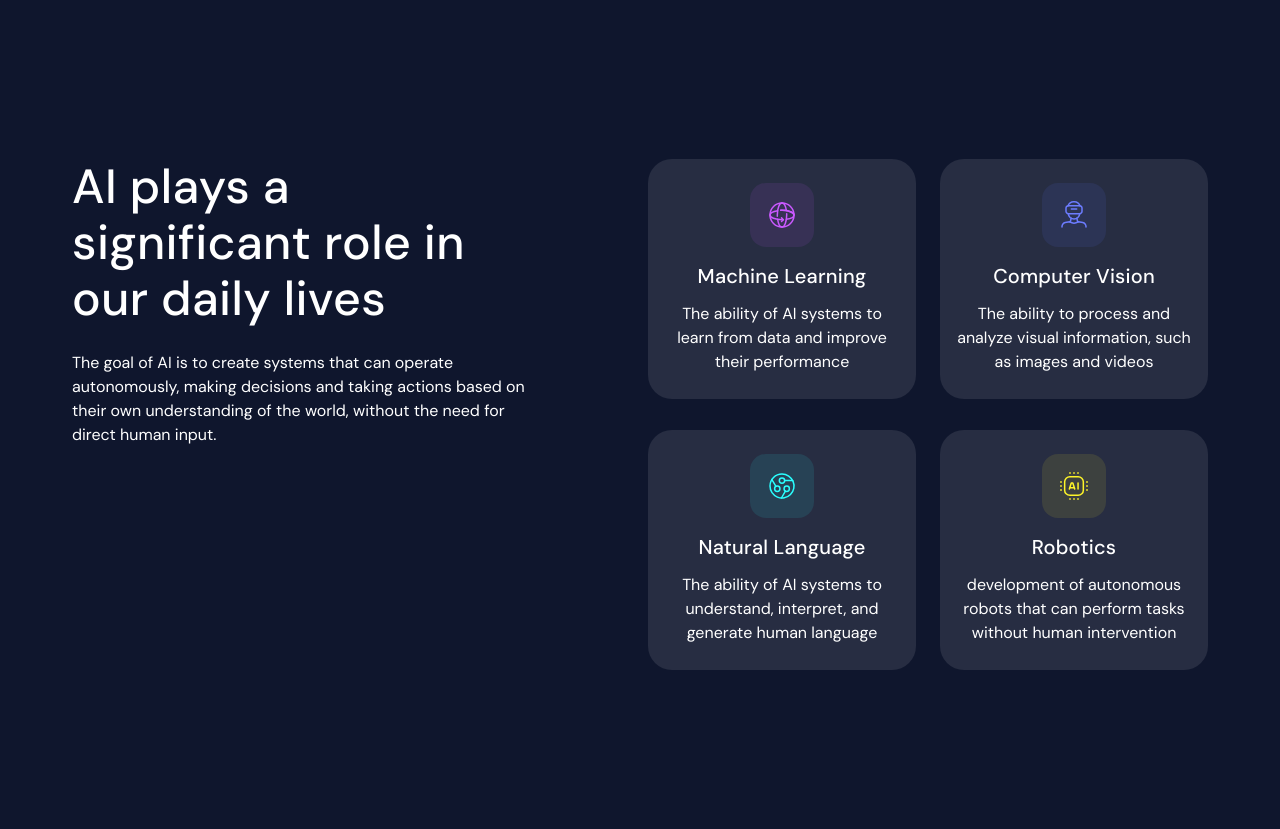
Repository: alphatra/INVO-Academy
Page: / (app in [lvl 1] Sekcja 4 obszarów AI/Starter-code/)
These files come from the project's save history. The page is drawn as it stood at one moment and after the next save; the edit follows.
The browser window is 1280 px wide. The pictures show the whole page.
The project was rebuilt for these pictures with package versions that can differ from the ones it lists, and the page was loaded fresh each time.

Above is the page before, as saved 2023-03-24 17:44:22.

After the next save:
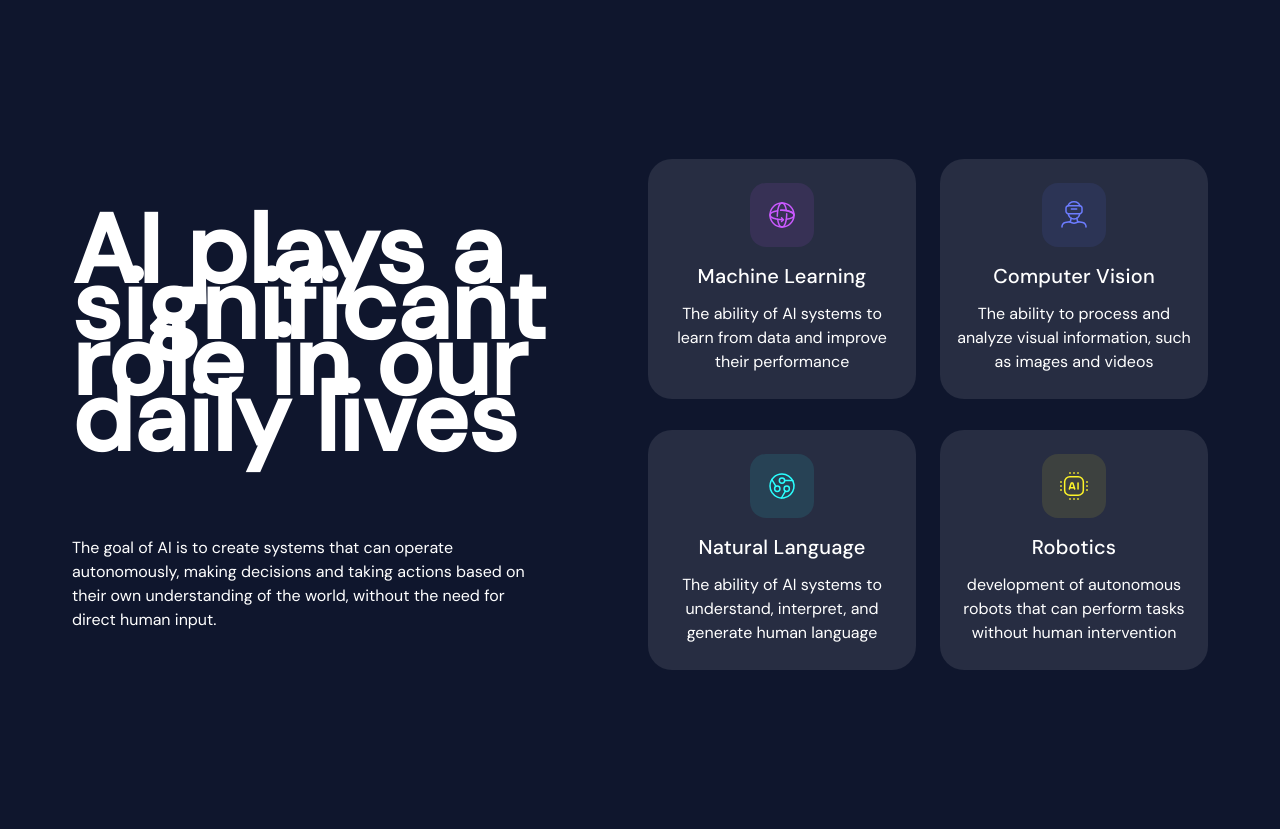
Saved 7 s later.
--- a/[lvl 1] Sekcja 4 obszarów AI/Starter-code/index.html
+++ b/[lvl 1] Sekcja 4 obszarów AI/Starter-code/index.html
@@ -11,7 +11,7 @@
 <body>
   <section class="hero">
     <div class="hero__header">
-      <div class="hero__title"><span>AI plays a significant role in our daily lives</span></div>
+      <div class="hero__title"><h1>AI plays a significant role in our daily lives</h1></div>
       <div class="hero__description">
         <span>
           The goal of AI is to create systems that can operate

After the save that followed:
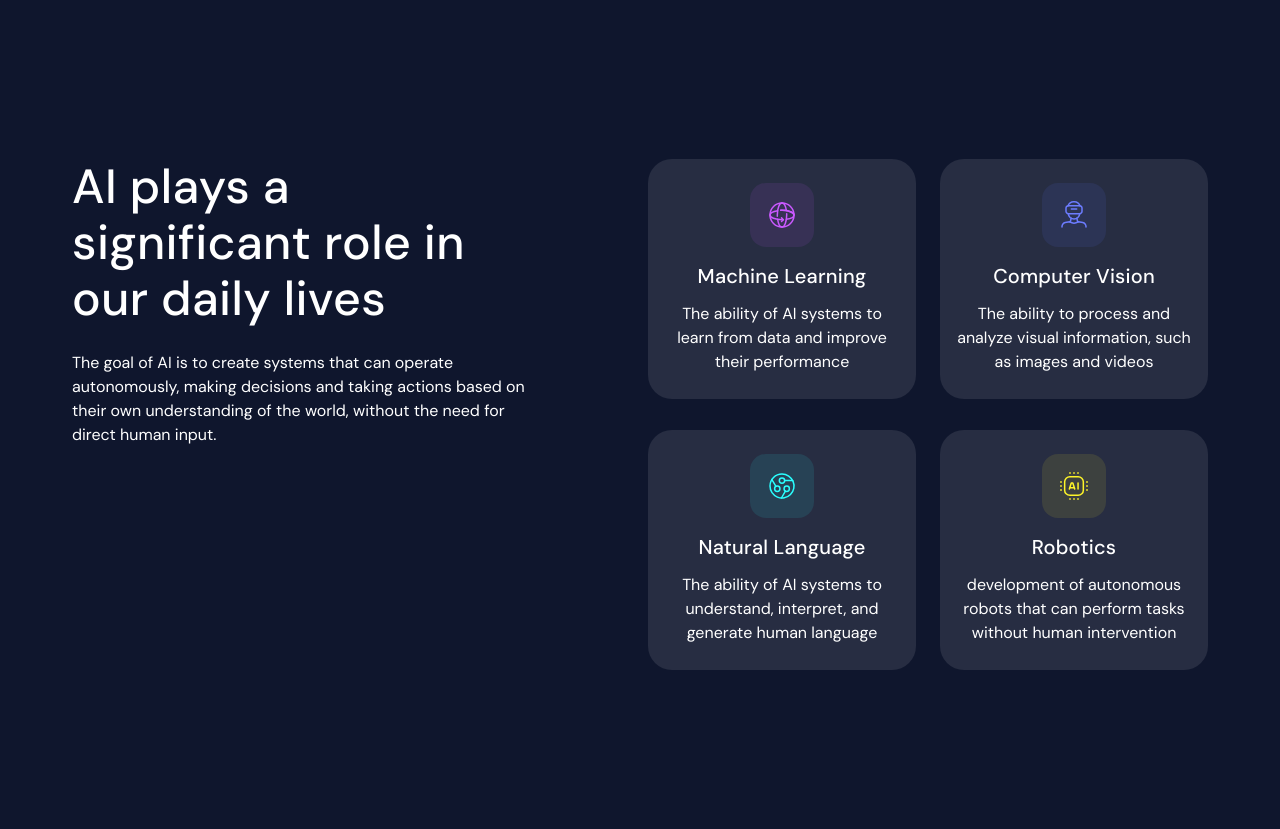
Saved 13 s later.
--- a/[lvl 1] Sekcja 4 obszarów AI/Starter-code/index.html
+++ b/[lvl 1] Sekcja 4 obszarów AI/Starter-code/index.html
@@ -11,7 +11,7 @@
 <body>
   <section class="hero">
     <div class="hero__header">
-      <div class="hero__title"><h1>AI plays a significant role in our daily lives</h1></div>
+      <div class="hero__title"><span>AI plays a significant role in our daily lives</span></div>
       <div class="hero__description">
         <span>
           The goal of AI is to create systems that can operate
